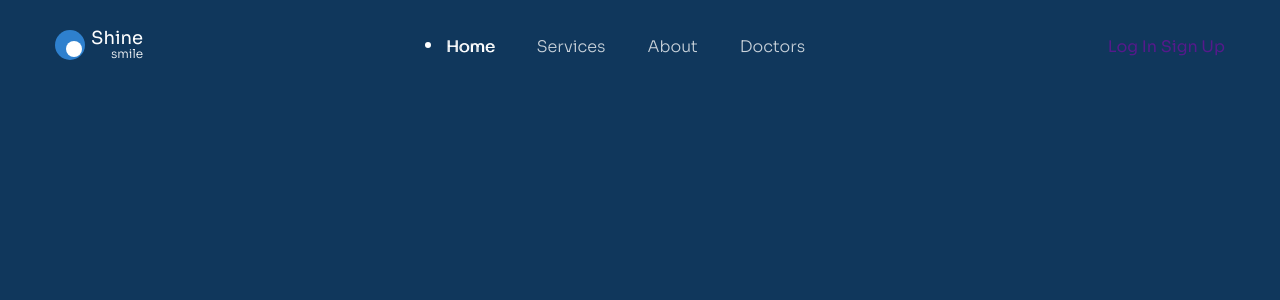
Repository: Tran-Dat/F8_Project_03
Page: index.html
These files come from the project's save history. The page is drawn as it stood at one moment and after the next save; the edit follows.
The browser window is 1280 px wide. The pictures show the whole page.

Above is the page before, as saved 2023-04-03 09:45:47.

### index.html
<!DOCTYPE html>
<html lang="en">
    <head>
        <meta charset="UTF-8" />
        <meta http-equiv="X-UA-Compatible" content="IE=edge" />
        <meta name="viewport" content="width=device-width, initial-scale=1.0" />
        <title>shine smile</title>

        <!-- Favicon -->
        <link rel="apple-touch-icon" sizes="57x57" href="./assets/favicon/" />
        <link
            rel="apple-touch-icon"
            sizes="60x60"
            href="./assets/favicon/apple-icon-60x60.png"
        />
        <link
            rel="apple-touch-icon"
            sizes="72x72"
            href="./assets/favicon/apple-icon-72x72.png"
        />
        <link
            rel="apple-touch-icon"
            sizes="76x76"
            href="./assets/favicon/apple-icon-76x76.png"
        />
        <link
            rel="apple-touch-icon"
            sizes="114x114"
            href="./assets/favicon/apple-icon-114x114.png"
        />
        <link
            rel="apple-touch-icon"
            sizes="120x120"
            href="./assets/favicon/apple-icon-120x120.png"
        />
        <link
            rel="apple-touch-icon"
            sizes="144x144"
            href="./assets/favicon/apple-icon-144x144.png"
        />
        <link
            rel="apple-touch-icon"
            sizes="152x152"
            href="./assets/favicon/apple-icon-152x152.png"
        />
        <link
            rel="apple-touch-icon"
            sizes="180x180"
            href="./assets/favicon/apple-icon-180x180.png"
        />
        <link
            rel="icon"
            type="image/png"
            sizes="192x192"
            href="./assets/favicon/android-icon-192x192.png"
        />
        <link
            rel="icon"
            type="image/png"
            sizes="32x32"
            href="./assets/favicon/favicon-32x32.png"
        />
        <link
            rel="icon"
            type="image/png"
            sizes="96x96"
            href="./assets/favicon/favicon-96x96.png"
        />
        <link
            rel="icon"
            type="image/png"
            sizes="16x16"
            href="./assets/favicon/favicon-16x16.png"
        />
        <link rel="manifest" href="./assets/favicon/manifest.json" />
        <meta name="msapplication-TileColor" content="#ffffff" />
        <meta
            name="msapplication-TileImage"
            content="./assets/favicon/ms-icon-144x144.png"
        />
        <meta name="theme-color" content="#ffffff" />

        <!-- Emmet Fonts -->
        <link rel="preconnect" href="https://fonts.googleapis.com" />
        <link rel="preconnect" href="https://fonts.gstatic.com" crossorigin />
        <link
            href="https://fonts.googleapis.com/css2?family=Sora:wght@300;400;500;600;700;800&display=swap"
            rel="stylesheet"
        />

        <!-- Reset Css -->
        <link rel="stylesheet" href="./assets/css/reset.css" />
        <link rel="stylesheet" href="./assets/css/style.css" />
    </head>
    <body>
        <header class="header">
            <div class="container">
                <div class="header-top">
                    <!-- Logo -->
                    <a href="/">
                        <div class="logo">
                            <span class="logo__circle"> </span>
                            <span class="logo__text">
                                <span class="logo__brand">Shine</span>
                                <span class="logo__brand logo__brand--small">
                                    smile
                                </span>
                            </span>
                        </div>
                    </a>

                    <!-- NavBar -->
                    <nav class="navbar">
                        <ul class="navbar__list">
                            <li class="navbar__item">
                                <a
                                    href="#!"
                                    class="navbar__link navbar__item--active"
                                >
                                    Home
                                </a>
                            </li>
                            <li class="navbar__item">
                                <a href="#!" class="navbar__link">Services</a>
                            </li>
                            <li class="navbar__item">
                                <a href="#!" class="navbar__link">About</a>
                            </li>
                            <li class="navbar__item">
                                <a href="#!" class="navbar__link">Doctors</a>
                            </li>
                        </ul>
                    </nav>

                    <!-- Action -->
                    <div class="action">
                        <a href="" class="action__btn">Log In</a>
                        <a href="" class="btn action__btn">Sign Up</a>
                    </div>
                </div>
            </div>
        </header>
    </body>
</html>

### assets/css/style.css
* {
    box-sizing: border-box;
}

:root {
    --header-bg: #10375c;
}

html {
    font-size: 62.5%;
}

body {
    font-size: 1.6rem;
    font-family: "Sora", sans-serif;
}

/* ================================================================ Common ================================================================ */

a {
    text-decoration: none;
}

.container {
    width: 1170px;
    max-width: calc(100% - 48px);
    margin: 0 auto;
}

/* ================================================================ Header ================================================================ */

.header {
    min-height: 100vh;
    background: var(--header-bg);
    padding-top: 30px;
}

.header-top {
    display: flex;
    justify-content: space-between;
    align-items: center;
}

.logo {
    display: inline-flex;
    position: relative;
    font-size: 1rem;
}

.logo__circle::before,
.logo__circle::after {
    content: "";
    display: inline-block;
    border-radius: 50%;
}

.logo__circle::before {
    width: 3em;
    height: 3em;
    background: #2e80ce;
}

.logo__circle::after {
    position: absolute;
    top: 1.1em;
    left: 1.1em;
    width: 1.6em;
    height: 1.6em;
    background: #fff;
}

.logo__text {
    margin-left: 0.6em;
    text-align: right;
    line-height: 1.6em;
}

.logo__brand {
    display: block;
    font-size: 1.8em;
    font-weight: 400;
    color: #fff;
}

.logo__brand--small {
    font-size: 1.2em;
    font-weight: 300;
}

.navbar__list {
    display: flex;
}

.navbar__link {
    padding: 4px 21px;
    font-weight: 300;
    font-size: 1.6rem;
    line-height: 1.75;
    color: #c9d2da;
}

.navbar__item--active {
    position: relative;
    text-shadow: 1px 0 0 currentColor;
    color: #fff;
}

.navbar__item--active::before {
    position: absolute;
    top: 10px;
    content: "";
    display: block;
    width: 6px;
    height: 6px;
    border-radius: 50%;
    background-color: #fff;
}

Loaded but not shown: assets/css/reset.css (common file)

After the next save:
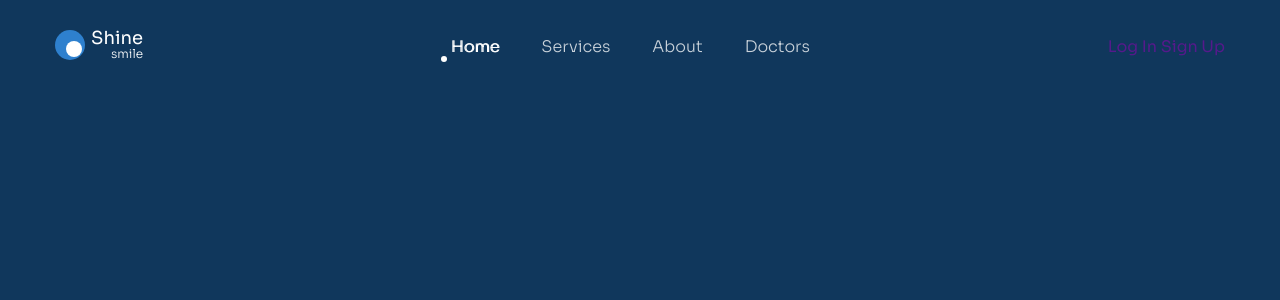
Saved 33 s later.
--- a/assets/css/style.css
+++ b/assets/css/style.css
@@ -100,16 +100,15 @@ a {
 }
 
 .navbar__item--active {
-    position: relative;
     text-shadow: 1px 0 0 currentColor;
     color: #fff;
 }
 
 .navbar__item--active::before {
-    position: absolute;
+    position: relative;
     top: 10px;
     content: "";
-    display: block;
+    display: inline-block;
     width: 6px;
     height: 6px;
     border-radius: 50%;
